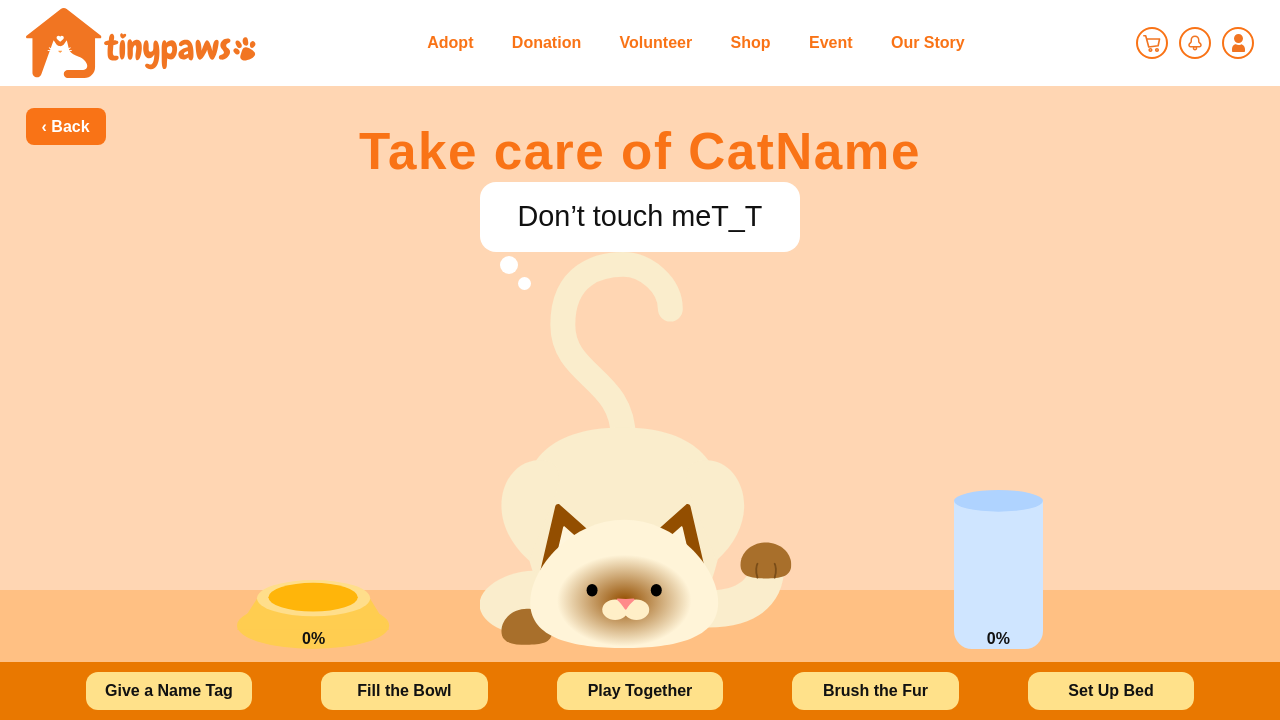
Repository: LShuyanLi/TinyPaws
Page: /, after clicking the first element matching `div > div`
An editor plug-in stored every save of this project. The page is shown before and after the next save, followed by the edit.
The browser window is 1280 px wide. The pictures show the whole page.
The project was rebuilt for these pictures with package versions that can differ from the ones it lists, and the page was loaded fresh each time. The framework's server and built-in components were replaced by stand-ins that run in the browser. Also part of the build but not shown: next.config.mjs.

Above is the page before, as saved 2026-05-09 23:46:12.

### app/layout.js
import { Geist, Geist_Mono } from "next/font/google";
import "./globals.css";

const geistSans = Geist({
  variable: "--font-geist-sans",
  subsets: ["latin"],
});

const geistMono = Geist_Mono({
  variable: "--font-geist-mono",
  subsets: ["latin"],
});

export const metadata = {
  title: "Create Next App",
  description: "Generated by create next app",
};

export default function RootLayout({ children }) {
  return (
    <html lang="en" className={`${geistSans.variable} ${geistMono.variable}`}>
      <body>{children}</body>
    </html>
  );
}

### app/page.js
"use client";

import { useState } from "react";

import Header from "@/components/shared/Header";
import ChooseScreen from "@/components/shuyan/ChooseScreen";
import PlayScreen from "@/components/shuyan/PlayScreen";



export default function Home() {
  const [screen, setScreen] = useState("choose");
  const [selectedCat, setSelectedCat] = useState(null);

  function goToChoose() {
    setScreen("choose");
  }

  function goToPlay(catImage) {
    setSelectedCat(catImage);
    setScreen("play");
  }

  return (
    <main
      style={{
        width: "100vw",
        height: "100vh",
        margin: 0,
        overflow: "hidden",
        fontFamily: "Arial, Helvetica, sans-serif",
        backgroundColor: "#ffd6b3",
      }}
    >
      <Header />

      {screen === "choose" && (
        <ChooseScreen goToPlay={goToPlay} />
      )}

      {screen === "play" && (
        <PlayScreen
        goToChoose={goToChoose}
        selectedCat={selectedCat} />
      )}
    </main>
  );
}

### app/globals.css
:root {
  --background: #ffffff;
  --foreground: #171717;
}

@media (prefers-color-scheme: dark) {
  :root {
    --background: #0a0a0a;
    --foreground: #ededed;
  }
}

html {
  height: 100%;
}

html,
body {
  max-width: 100vw;
  overflow-x: hidden;
}

body {
  min-height: 100%;
  display: flex;
  flex-direction: column;
  color: var(--foreground);
  background: var(--background);
  font-family: Arial, Helvetica, sans-serif;
  -webkit-font-smoothing: antialiased;
  -moz-osx-font-smoothing: grayscale;
}

* {
  box-sizing: border-box;
  padding: 0;
  margin: 0;
}

a {
  color: inherit;
  text-decoration: none;
}

@media (prefers-color-scheme: dark) {
  html {
    color-scheme: dark;
  }
}

### components/shared/Header.jsx
// Displays the decorative top navigation area with the logo, nav menu, and icons.

export default function Header() {
  return (
    <header
      style={{
        width: "100%",
        height: "12vh",
        backgroundColor: "#ffffff",
        display: "flex",
        alignItems: "center",
        justifyContent: "space-between",
        padding: "0 2vw",
        boxSizing: "border-box",
      }}
    >
      <img
        src="/Logo.svg"
        alt="TinyPaws logo"
        style={{
          width: "18vw",
          minWidth: "150px",
          maxWidth: "270px",
          height: "auto",
        }}
      />

      <nav
        style={{
          display: "flex",
          gap: "3vw",
          color: "#f97316",
          fontWeight: "700",
          fontSize: "1rem",
        }}
      >
        <span>Adopt</span>
        <span>Donation</span>
        <span>Volunteer</span>
        <span>Shop</span>
        <span>Event</span>
        <span>Our Story</span>
      </nav>

      <div
        style={{
          display: "flex",
          gap: "0.7rem",
        }}
      >
        <button style={iconButtonStyle}>
         <img src="/chart.svg" style={iconImageStyle} />
        </button>

        <button style={iconButtonStyle}>
          <img src="/bell.svg" style={iconImageStyle} />
        </button>

        <button style={iconButtonStyle}>
         <img src="/user.svg" style={iconImageStyle} />
        </button>
      </div>
    </header>
  );
}

const iconButtonStyle = {
  width: "2rem",
  height: "2rem",
  border: "2px solid #f97316",
  borderRadius: "50%",
  backgroundColor: "#ffffff",
  color: "#f97316",
  cursor: "pointer",
  display: "flex",
  alignItems: "center",
  justifyContent: "center",
};

const iconImageStyle = {
  width: "1.1rem",
  height: "1.1rem",
  objectFit: "contain",
  display: "block",
};

### components/shuyan/ChooseScreen.jsx
import PokeCatBall from "@/components/shuyan/PokeCatBall";

export default function ChooseScreen({ goToPlay }) {

    return (
        <section
        style={{
            position: "relative",
            width: "100%",
            height: "88vh",
            backgroundColor: "#ffd6b3",
        }}
        >

        <h1
            style={{
            margin: 0,
            paddingTop: "5vh",
            textAlign: "center",
            color: "#f97316",
            fontSize: "clamp(2rem, 4vw, 3.3rem)",
            fontWeight: "700",
            letterSpacing: "0.03em",
            }}
        >
            Choose Your New Little Friend
        </h1>

        <div
            style={{
            position: "relative",
            zIndex: 5,
            width: "100%",
            display: "flex",
            justifyContent: "space-around",
            alignItems: "flex-start",
            marginTop: "8vh",
            padding: "0 4vw",
            boxSizing: "border-box",
            }}
        >
            <PokeCatBall
                closeBall="/CloseBall.svg"
                openBall="/OpenBall-1.svg"
                catImage="/cat-1.svg"
                goToPlay={goToPlay} />
            <PokeCatBall
                closeBall="/CloseBall.svg"
                openBall="/OpenBall-2.svg"
                catImage="/cat-2.svg"
                goToPlay={goToPlay} />
            <PokeCatBall
                closeBall="/CloseBall.svg"
                openBall="/OpenBall-3.svg"
                catImage="/cat-3.svg"
                goToPlay={goToPlay} />
        </div>

        <div
            style={{
            position: "absolute",
            left: 0,
            bottom: "7.5vh",
            width: "100%",
            height: "10vh",
            backgroundColor: "#ffc083",
            }}
        />

        <div
            style={{
            position: "absolute",
            left: 0,
            bottom: 0,
            width: "100%",
            height: "7.5vh",
            backgroundColor: "#e97800",
            }}
        />
        </section>
    );
}

### components/shuyan/PlayScreen.jsx
// PlayScreen.jsx: Builds the main cat play screen with the background, cat area, feeding area, tools, bed, and bottom buttons.

import BackButton from "@/components/shuyan/BackButton";
import BottomActionBar from "@/components/shuyan/BottomActionBar";
import CatDisplay from "@/components/shared/CatDisplay";
import FoodBowl from "@/components/Jinwon/FoodBowl";
import WaterBottle from "@/components/Jinwon/WaterBottle";
import CatEmotion from "@/components/Jessica/CatEmotion";

export default function PlayScreen({ goToChoose, selectedCat }) {
  return (
    <section
      style={{
        position: "relative",
        width: "100%",
        height: "88vh",
        backgroundColor: "#ffd6b3",
        overflow: "hidden",
      }}
    >
      <BackButton goToChoose={goToChoose}/>

      <h1
        style={{
          margin: 0,
          paddingTop: "5vh",
          textAlign: "center",
          color: "#f97316",
          fontSize: "clamp(2rem, 4vw, 3.3rem)",
          fontWeight: "700",
          letterSpacing: "0.03em",
          position: "relative",
          zIndex: 5,
        }}
      >
        Take care of CatName
      </h1>

      {/* Light orange ground */}
      <div
        style={{
          position: "absolute",
          left: 0,
          bottom: "8vh",
          width: "100%",
          height: "10vh",
          backgroundColor: "#ffc083",
          zIndex: 1,
        }}
      />

      {/* Main play area */}
      <div
        style={{
          position: "absolute",
          left: "50%",
          bottom: "10vh",
          transform: "translateX(-50%)",
          width: "75vw",
          height: "50vh",
          zIndex: 5,
        }}
      >
        <CatEmotion />
        <FoodBowl />
        <CatDisplay selectedCat={selectedCat}/>
        <WaterBottle />
      </div>

      <BottomActionBar />
    </section>
  );
}

### components/shuyan/PokeCatBall.jsx
"use client";
// Displays one selectable pokeCAT ball and shows its cat preview on hover.

import { useState } from "react";

export default function PokeCatBall({ closeBall, openBall, goToPlay, catImage }) {

    const [isHover, setIsHover] = useState(false);

    function pokecatBall() {
        if (!isHover) {
            return closeBall;
        } else {
            return openBall;
        }
    }

    return (
        <div
            onClick={() => goToPlay(catImage)}
            onMouseEnter={() => setIsHover(true)}
            onMouseLeave={() => setIsHover(false)}
            style={{
                width: "24vw",
                maxWidth: "380px",
                minWidth: "230px",
                height: "50vh",
                display: "flex",
                alignItems: "flex-start",
                justifyContent: "center",
                cursor: "pointer"
            }}
        >
        <img
            src={pokecatBall()}
            style={{
            width: "90%",
            objectFit: "contain",
            display: "block",
            }}
        />
        </div>
    );
}

### components/shuyan/BackButton.jsx
// Displays the back button and returns the user to the cat selection screen.


export default function BackButton({ goToChoose }) {
  return (
    <button
        onClick={goToChoose}
        style={{
            position: "absolute",
            top: "3vh",
            left: "2vw",
            backgroundColor: "#f97316",
            color: "#ffffff",
            border: "none",
            borderRadius: "8px",
            padding: "0.6rem 1rem",
            fontSize: "1rem",
            fontWeight: "600",
            cursor: "pointer",
            zIndex: 10,
      }}
    >
      ‹ Back
    </button>
  );
}

### components/shuyan/BottomActionBar.jsx
"use client";

// BottomActionBar.jsx: Displays the bottom interaction buttons and shows each hover bubble.

import { useState } from "react";

export default function BottomActionBar( {
  activeButton,
  setActiveButton,
  setSelectedBed, //these three are for the bed feature
  ballSpeed,
  setBallSpeed, //these two are for the play ball feature
  featherActive,
  setFeatherActive,
}) {
  return (
    <div
      style={{
        position: "absolute",
        left: 0,
        bottom: 0,
        width: "100%",
        height: "8vh",
        backgroundColor: "#e97800",
        display: "flex",
        alignItems: "center",
        justifyContent: "space-around",
        padding: "0 4vw",
        boxSizing: "border-box",
        zIndex: 20,
      }}
    >
      {/* Name button - Elina can connect this to NameTag modal later */}
      <div style={{ position: "relative" }}>
        <button style={buttonStyle}>Give a Name Tag</button>
      </div>

      {/* Feed button - Jinwon */}
      <div
        onMouseEnter={() => setActiveButton("feed")}
        onMouseLeave={() => setActiveButton(null)}
        style={{ position: "relative" }}
      >
        {activeButton === "feed" && (
          <div style={bubbleStyle}>
            <img src="/bubble-3.svg" style={bubbleBackgroundStyle} />

            {/* dry food option - Jinwon can add onClick here */}
            <img
              src="/dryfood.svg"
              style={{
                position: "absolute",
                top: "8%",
                left: "50%",
                transform: "translateX(-50%)",
                width: "45%",
                height: "auto",
                cursor: "pointer",
              }}
            />

            {/* wet food option - Jinwon can add onClick here */}
            <img
              src="/wetfood.svg"
              style={{
                position: "absolute",
                top: "34%",
                left: "50%",
                transform: "translateX(-50%)",
                width: "45%",
                height: "auto",
                cursor: "pointer",
              }}
            />

            {/* water option - Jinwon can add onClick here */}
            <img
              src="/water.svg"
              style={{
                position: "absolute",
                top: "60%",
                left: "50%",
                transform: "translateX(-50%)",
                width: "38%",
                height: "auto",
                cursor: "pointer",
              }}
            />
          </div>
        )}

        <button style={buttonStyle}>Fill the Bowl</button>
      </div>

      {/* Play button - Jonah handles ball/feather, Elina handles hand */}
      <div
        style={{ position: "relative" }}
      >
        {activeButton === "play" && (
          <div style={bubbleStyle}>
            <img src="/bubble-3.svg" style={bubbleBackgroundStyle} />

            {/* ball option - Jonah can add onClick here */}
            <img
              src="/ball.svg"
                onClick={() => {
                setFeatherActive(false);

                setBallSpeed(prev =>
                  prev === "stop"
                    ? "slow"
                    : prev === "slow"
                    ? "fast"
                    : "stop"
                );
              }}
              style={{
                position: "absolute",
                top: "8%",
                left: "50%",
                transform: "translateX(-50%)",
                width: "42%",
                height: "auto",
                cursor: "pointer",
                opacity: ballSpeed === "stop" ? 0.5 : 1
              }}
            />

            {/* feather option - Jonah can add onClick here */}
            <img
              src="/feather.svg"
              onClick={() => {
                setBallSpeed("stop");
                setFeatherActive(prev => !prev);
              }}
              style={{
                position: "absolute",
                top: "30%",
                left: "50%",
                transform: "translateX(-50%)",
                width: "55%",
                height: "auto",
                cursor: "pointer",
              }}
            />

            {/* hand option - Elina can add onClick here */}
            <img
              src="/hand.svg"
              style={{
                position: "absolute",
                top: "55%",
                left: "50%",
                transform: "translateX(-50%)",
                width: "42%",
                height: "auto",
                cursor: "pointer",
              }}
            />
          </div>
        )}

        <button
          style={buttonStyle}
          onClick={() =>
            setActiveButton(activeButton === "play" ? null : "play")
          }
        >Play Together</button>
      </div>

      {/* Brush button - Elina */}
      <div
        onMouseEnter={() => setActiveButton("brush")}
        onMouseLeave={() => setActiveButton(null)}
        style={{ position: "relative" }}
      >
        {activeButton === "brush" && (
          <div style={bubbleStyle}>
            <img src="/bubble-1.svg" style={bubbleBackgroundStyle} />

            {/* brush option - Elina can add onClick here */}
            <img
              src="/brush.svg"
              style={{
                position: "absolute",
                top: "22%",
                left: "50%",
                transform: "translateX(-50%)",
                width: "55%",
                height: "auto",
                cursor: "pointer",
              }}
            />
          </div>
        )}

        <button style={buttonStyle}>Brush the Fur</button>
      </div>

      {/* Bed button - Jonah */}
      <div
        style={{ position: "relative" }}
      >
        {activeButton === "bed" && (
          <div style={bubbleStyle}>
            <img src="/bubble-2.svg" style={bubbleBackgroundStyle} />

            {/* yellow bed option - Jonah can add onClick here */}
            <img
              src="/bed-1.svg"
              onClick={() => {
                setSelectedBed(prev =>
                  prev === "yellow" ? null : "yellow"
                );
              }}
              style={{
                position: "absolute",
                top: "12%",
                left: "50%",
                transform: "translateX(-50%)",
                width: "55%",
                height: "auto",
                cursor: "pointer",
              }}
            />

            {/* green bed option - Jonah can add onClick here */}
            <img
              src="/bed-2.png"
              onClick={() => {
                setSelectedBed(prev =>
                  prev === "green" ? null : "green"
                );
              }}
              style={{
                position: "absolute",
                top: "48%",
                left: "50%",
                transform: "translateX(-50%)",
                width: "55%",
                height: "auto",
                cursor: "pointer",
              }}
            />
          </div>
        )}

        <button
          style={buttonStyle}
          onClick={() =>
            setActiveButton(activeButton === "bed" ? null : "bed")
          }
        >Set Up Bed</button>
      </div>
    </div>
  );
}

const buttonStyle = {
  width: "13vw",
  minWidth: "150px",
  maxWidth: "200px",
  height: "2.4rem",
  border: "none",
  borderRadius: "12px",
  backgroundColor: "#ffe18a",
  color: "#111111",
  fontSize: "1rem",
  fontWeight: "600",
  cursor: "pointer",
};

const bubbleStyle = {
  position: "absolute",
  left: "50%",
  bottom: "3.4rem",
  transform: "translateX(-50%)",
  width: "7vw",
  minWidth: "95px",
  maxWidth: "140px",
  zIndex: 40,
};

const bubbleBackgroundStyle = {
  width: "100%",
  height: "auto",
  display: "block",
};

### components/shared/CatDisplay.jsx
// CatDisplay.jsx: Displays the selected cat image on the play screen.

export default function CatDisplay({
  selectedBed,
  ballSpeed,
  featherActive,
}) {
  let catImage = "/cat-1.svg";

  let catStyle = {
    width: "48%",
    height: "48%",
    objectFit: "contain",
    position: "absolute",
    bottom: "0px",
    left: "210px",
  };

  if (featherActive) {
    catImage = "/catreach-1.svg";

    catStyle = {
      ...catStyle,
      width: "110%",
      height: "110%",
      left: "0px",
    }

  } else if (ballSpeed !== "stop") {
    catImage = "/catcrouch-1.svg";
  }

  return (
    <div
      style={{
        position: "absolute",
        left: "50%",
        bottom: "0",
        transform: "translateX(-50%)",
        zIndex: 1,
      }}
    >
      {selectedBed === "yellow" && (
        <img
          src="/yellow-bed.svg"
          style={{
            position: "absolute",
            bottom: "-130px",
            left: "50%",
            transform: "translateX(-50%)",
            width: "30vw",
            minWidth: "200px",
            zIndex: 0,
          }}
        />
      )}

      {selectedBed === "green" && (
        <img
          src="/green-bed.svg"
          style={{
            position: "absolute",
            bottom: "-130px",
            left: "50%",
            transform: "translateX(-50%)",
            width: "30vw",
            minWidth: "200px",
            zIndex: 0,
          }}
        />
      )}
      <div
        style={{
          width: "825px",
          height: "825px",
          position: "relative",
        }}
      >
        <img
          src={catImage}
          style={catStyle}
        />
      </div>
    </div>
  );
}

### components/Jinwon/FoodBowl.jsx
// FoodBowl.jsx: Displays the bowl and shows dry or wet food when the bowl is clicked.

export default function FoodBowl({ bowlType }) {
  const isBowlFilled = bowlType === "dry" || bowlType === "wet";
  const fillImage = bowlType === "wet" ? "/wetfood.svg" : "/dryfood.svg";

  return (
    <div
      style={{
        position: "absolute",
        left: "8%",
        bottom: "0",
        zIndex: 10,
        textAlign: "center",
      }}
    >
      <img
        src="/bowl.svg"
        style={{
          width: "12vw",
          minWidth: "120px",
          maxWidth: "190px",
          height: "auto",
          display: "block",
        }}
      />

      {isBowlFilled && (
        <img
          src={fillImage}
          style={{
            position: "absolute",
            left: "50%",
            bottom: "22px",
            transform: "translateX(-50%)",
            width: "50%",
            height: "auto",
          }}
        />
      )}

      <p
        style={{
          margin: "-1.2rem 0 0",
          color: "#111111",
          fontSize: "1rem",
          fontWeight: "700",
        }}
      >
        {isBowlFilled ? "100%" : "0%"}
      </p>
    </div>
  );
}

### components/Jinwon/WaterBottle.jsx
// WaterBottle.jsx: Displays the water bottle and shows water level when the bottle is clicked.

export default function WaterBottle({ hasWater }) {
  const isBottleFilled = hasWater;

  return (
    <div
      style={{
        position: "absolute",
        right: "8%",
        bottom: "0",
        zIndex: 10,
        textAlign: "center",
      }}
    >
      <img
        src="/water-bottle.svg"
        style={{
          width: "7vw",
          minWidth: "80px",
          maxWidth: "130px",
          height: "auto",
          display: "block",
        }}
      />

      {isBottleFilled && (
        <img
          src="/water.svg"
          style={{
            position: "absolute",
            left: "50%",
            bottom: "22px",
            transform: "translateX(-50%)",
            width: "44%",
            height: "auto",
          }}
        />
      )}

      <p
        style={{
          margin: "-1.2rem 0 0",
          color: "#111111",
          fontSize: "1rem",
          fontWeight: "700",
        }}
      >
        {isBottleFilled ? "100%" : "0%"}
      </p>
    </div>
  );
}

### components/Jessica/CatEmotion.jsx
// CatEmotion.jsx: Displays the cat’s emotion emoji and thought bubble based on interaction results.

export default function CatEmotion() {
  return (
    <div
      style={{
        position: "absolute",
        left: "50%",
        bottom: "55vh",
        transform: "translateX(-50%)",
        zIndex: 30,
      }}
    >
      {/* Thought bubble box */}
      <div
        style={{
          position: "relative",
          width: "320px",
          minHeight: "70px",
          backgroundColor: "#ffffff",
          borderRadius: "16px",
          display: "flex",
          alignItems: "center",
          justifyContent: "center",
          padding: "0 1.5rem",
          boxSizing: "border-box",
          color: "#111111",
          fontSize: "1.8rem",
          fontWeight: "400",
        }}
      >
        Don’t touch meT_T
      </div>

      {/* Small bubble dots */}
      <div
        style={{
          position: "absolute",
          left: "20px",
          bottom: "-22px",
          width: "18px",
          height: "18px",
          backgroundColor: "#ffffff",
          borderRadius: "50%",
        }}
      />

      <div
        style={{
          position: "absolute",
          left: "38px",
          bottom: "-38px",
          width: "13px",
          height: "13px",
          backgroundColor: "#ffffff",
          borderRadius: "50%",
        }}
      />
    </div>
  );
}

After the next save:
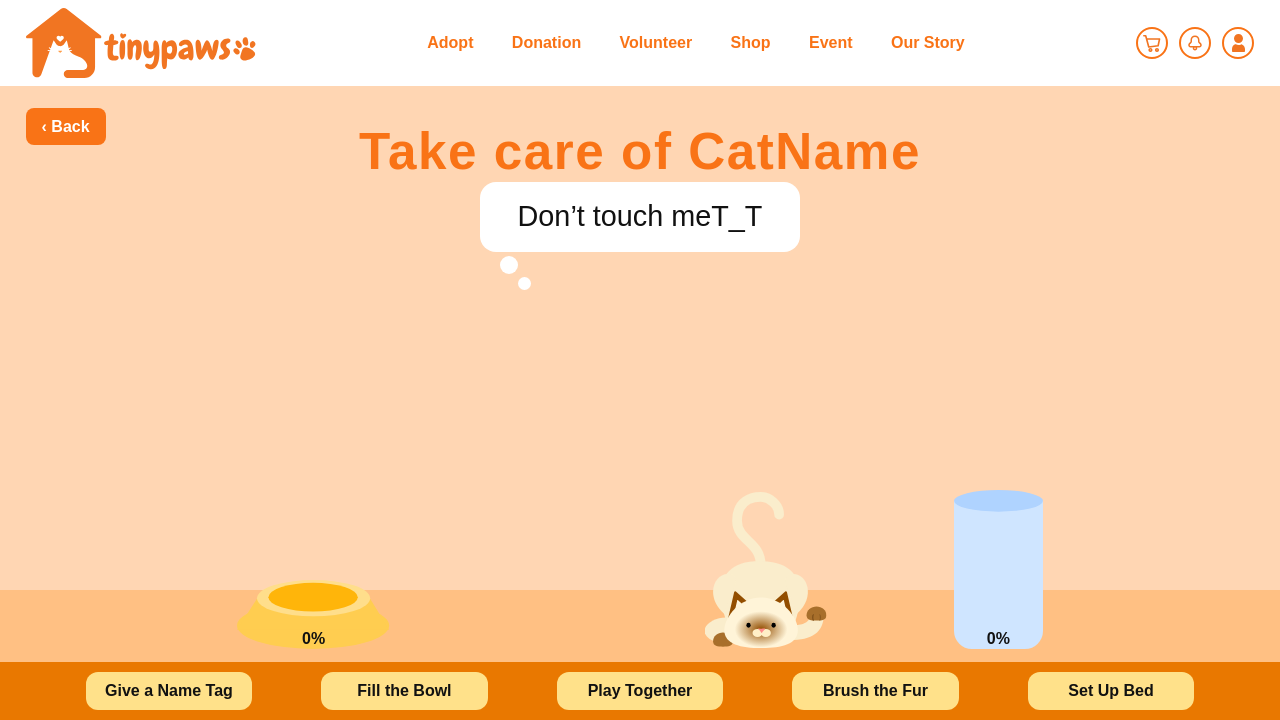
Saved 28 s later.
--- a/components/shared/CatDisplay.jsx
+++ b/components/shared/CatDisplay.jsx
@@ -71,8 +71,8 @@ export default function CatDisplay({
       )}
       <div
         style={{
-          width: "825px",
-          height: "825px",
+          width: "325px",
+          height: "325px",
           position: "relative",
         }}
       >
